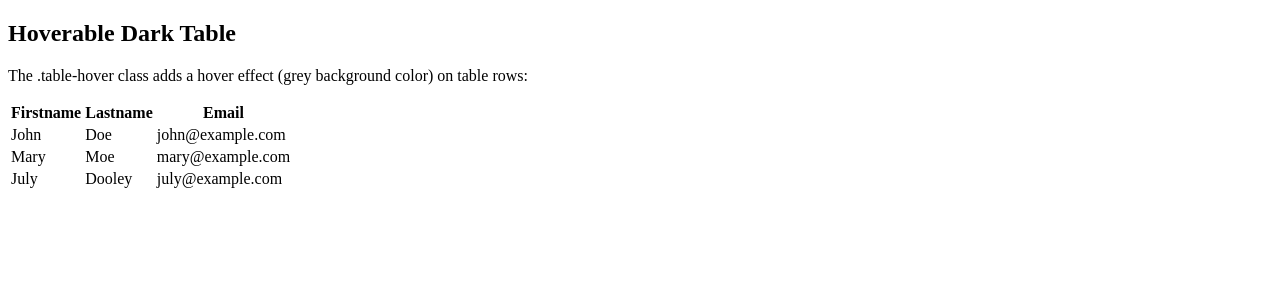
Repository: Sain-Clair/Team5
Page: http://localhost/Student/view/View01.jsp
The author's editor kept a copy of each file at every save. The page is drawn from the files as they stood at one save, then again after the next save.
The browser window is 1280 px wide. The pictures show the whole page.
The page is served by Tomcat 9.

Above is the page before, as saved 2023-09-12 03:39:13.

After the next save:
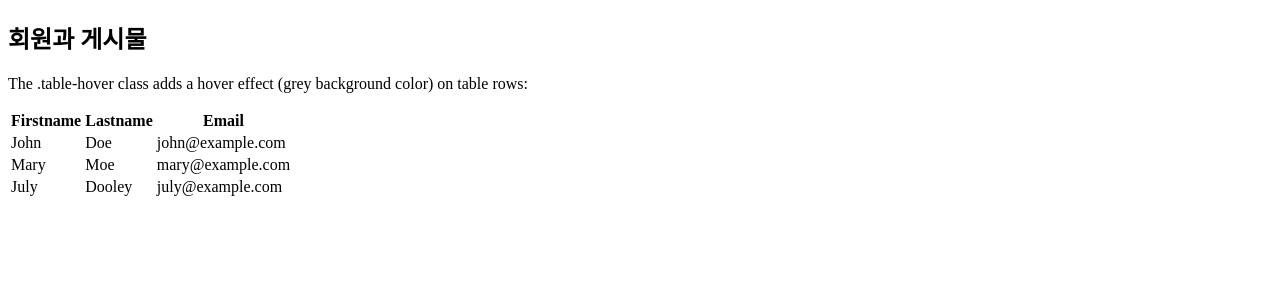
Saved 46 s later.
--- a/Student/src/main/webapp/view/View01.jsp
+++ b/Student/src/main/webapp/view/View01.jsp
@@ -8,7 +8,7 @@
 </head>
 <body>
 	<div class="container mt-3">
-		<h2>Hoverable Dark Table</h2>
+		<h2>회원과 게시물</h2>
 		<p>The .table-hover class adds a hover effect (grey background color) on table rows:</p>
 		<table class="table table-dark table-hover">
 			<thead>
